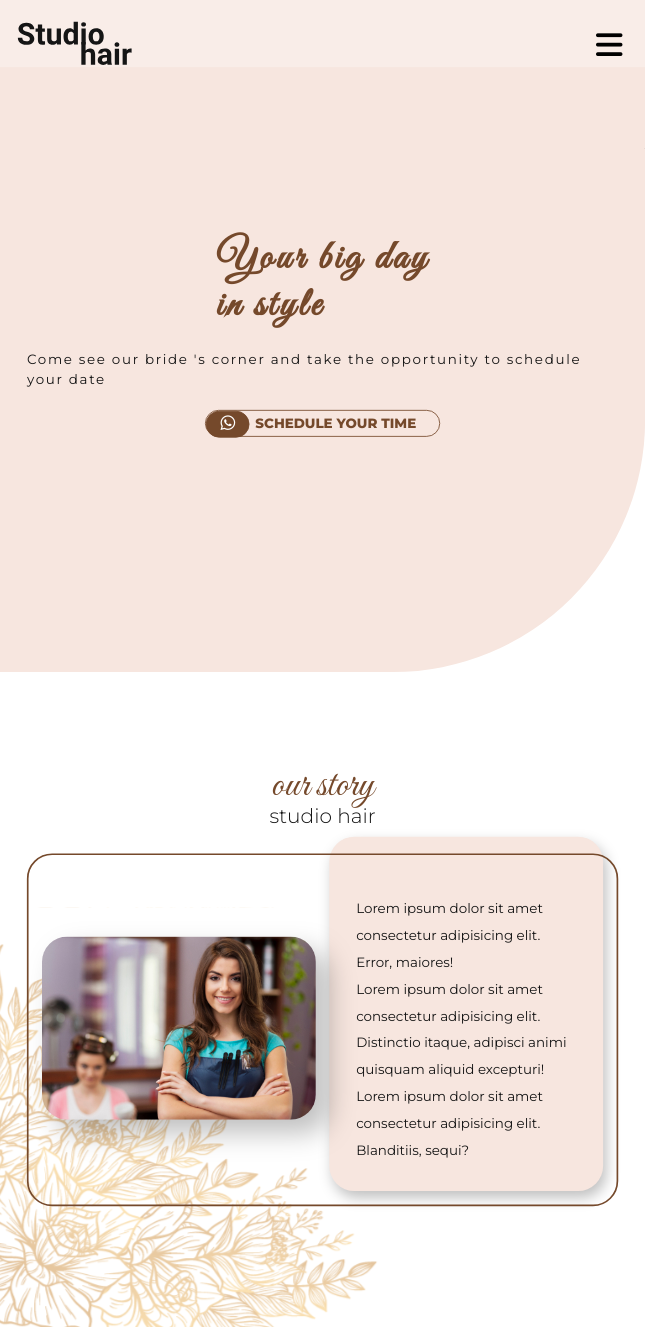
Repository: TuanHuflit2k1/clone-web01
Page: index.html
An editor plug-in stored every save of this project. The page is shown before and after a run of saves, followed by the edit.
The browser window is 768 px wide. The pictures show the whole page, at 84% of full size.
Some web libraries are served in a nearby version.

Above is the page before, as saved 2022-04-28 11:23:41.

### index.html
<!DOCTYPE html>
<html lang="en">
  <head>
    <meta charset="UTF-8" />
    <meta http-equiv="X-UA-Compatible" content="IE=edge" />
    <meta name="viewport" content="width=device-width, initial-scale=1.0" />
    <title>Beauty Salon</title>
    <!-- css file -->
    <link rel="stylesheet" href="./style.css" />
    <!-- font awesomw CDN -->
    <link
      rel="stylesheet"
      href="https://cdnjs.cloudflare.com/ajax/libs/font-awesome/6.1.1/css/all.min.css"
      integrity="sha512-KfkfwYDsLkIlwQp6LFnl8zNdLGxu9YAA1QvwINks4PhcElQSvqcyVLLD9aMhXd13uQjoXtEKNosOWaZqXgel0g=="
      crossorigin="anonymous"
      referrerpolicy="no-referrer"
    />
  </head>
  <body>
    <!-- header -->
    <header class="header" id="header">
      <div class="navbar">
        <div class="logo">
          <img src="./img/logo.svg" alt="Logo" />
        </div>
        <nav class="nav-menu" id="nav-menu">
          <ul class="nav-list">
            <li><a href="#" class="nav-link active">home</a></li>
            <li><a href="#about" class="nav-link">about</a></li>
            <li><a href="#services" class="nav-link">services</a></li>
            <li><a href="#package" class="nav-link">package</a></li>
            <li><a href="#gallery" class="nav-link">gallery</a></li>
            <li><a href="#contact" class="nav-link">contact</a></li>
          </ul>
        </nav>
        <div class="nav-toggle" id="nav-toggle">
          <i class="fas fa-bars"></i>
        </div>
      </div>
    </header>
    <!-- end header -->
    <!-- start home section -->
    <section class="home">
      <div class="container">
        <div class="home-img">
          <img src="./img/home-img.png" />
        </div>
        <div class="home-content">
          <h1>Your big day<br /><span>in style</span></h1>
          <p>
            Come see our bride 's corner and take the opportunity to schedule
            your date
          </p>
          <a href="#" class="btn btn-outline">
            <i class="fab fa-whatsapp"></i>
            Schedule your time
          </a>
        </div>
      </div>
    </section>
    <!-- end section home -->
    <!-- start section about -->
    <section class="about" id="about">
      <div class="container">
        <div class="section-title">
          <h1>our story</h1>
          <span>studio hair</span>
        </div>
        <div class="about-detail">
          <div class="about-detal-content">
            <div class="about-img">
              <img src="./img/about-img.jpg" />
            </div>
            <div class="about-description">
              <p>
                Lorem ipsum dolor sit amet consectetur adipisicing elit. Error,
                maiores!
              </p>
              <p>
                Lorem ipsum dolor sit amet consectetur adipisicing elit.
                Distinctio itaque, adipisci animi quisquam aliquid excepturi!
              </p>
              <p>
                Lorem ipsum dolor sit amet consectetur adipisicing elit.
                Blanditiis, sequi?
              </p>
            </div>
          </div>
        </div>
      </div>
    </section>
    <!-- link js -->
    <script src="./main.js"></script>
  </body>
</html>

### style.css
/* font */
@import url("https://fonts.googleapis.com/css2?family=Great+Vibes&family=Montserrat:wght@300;400;600;800&display=swap");
:root {
  --header-height: 5rem;
  --main-color: #f7e6df;
  --first-color: #75492b;
  --secon-color: #dfd6a7;
  --white-color: #fff;
  --black-color: #151515;

  --font-cursive: "Great Vibes", cursive;
  --font-body: "Montserrat", sans-serif;

  --big-font-size: 3rem;
  --h1-font-size: 2.25rem;
  --h2-font-size: 1.5rem;
  --h3-font-size: 1.25rem;
  --normal-font-size: 1rem;
  --small-font-size: 0.813rem;
}
* {
  box-sizing: border-box;
  margin: 0;
  padding: 0;
  text-decoration: none;
  list-style: none;
  outline: none;
  border: none;
}
html {
  scroll-behavior: smooth;
}
body {
  background-color: var(--white-color);
  font-size: var(--normal-font-size);
  font-family: var(--font-body);
  overflow-x: hidden;
}
/* button */
.btn {
  width: 240px;
  display: flex;
  align-items: center;
  justify-content: center;
  text-align: center;
  background-color: var(--first-color);
  color: var(--white-color);
  border: 1px solid var(--first-color);
  border-radius: 50px;
  font-size: var(--normal-font-size);
  font-weight: bold;
  text-transform: uppercase;
  line-height: 1rem;
  padding: 10px 20px;
  cursor: pointer;
  transition: all 0.4s ease;
}
.btn:hover {
  background-color: transparent;
  color: var(--first-color);
}
.btn-outline {
  width: 280px;
  background-color: transparent;
  color: var(--first-color);
  padding: 5px 10px 5px 0;
  transition: all 0.4s ease;
  position: relative;
}
.btn-outline::before {
  content: "";
  position: absolute;
  top: 0;
  left: 0;
  width: 18%;
  height: 100%;
  background-color: var(--first-color);
  border: 1px solid var(--first-color);
  border-radius: 50px;
  transition: all 0.4s ease-in-out;
}
.btn-outline i {
  margin-right: 1.5rem;
  font-size: var(--h3-font-size);
  color: var(--white-color);
  z-index: 10;
}
.btn-outline:hover::before {
  width: 100%;
  z-index: -1;
}
.btn-outline:hover {
  color: var(--white-color);
  z-index: 10;
}
/* end button */
.header {
  position: fixed;
  top: 0;
  left: 0;
  right: 0;
  height: var(--header-height);
  background-color: rgba(255, 255, 255, 0.3);
  z-index: 10000;
  transition: all 0.4s ease;
}
.scroll-header {
  background-color: var(--white-color);
  box-shadow: 0 4px 6px rgba(0, 0, 0, 0.1);
}
.navbar {
  width: 100%;
  max-width: 1200px;
  margin: 0 auto;
  display: flex;
  justify-content: space-between;
  align-items: center;
  padding: 20px;
}
.nav-menu .nav-list {
  display: flex;
}
.nav-menu li {
  margin-right: 2rem;
}
.nav-link {
  font-size: var(--normal-font-size);
  color: var(--black-color);
  font-weight: bold;
  text-transform: capitalize;
  position: relative;
  transition: all 0.4s ease;
}
.nav-link::before {
  content: "";
  position: absolute;
  width: 0;
  left: 0;
  bottom: 0;
  height: 2px;
  background-color: var(--first-color);
  transition: all 0.4s ease-in-out;
}
.nav-link:hover::before {
  width: 100%;
}
.nav-link:hover,
.nav-link.active {
  color: var(--first-color);
}
.nav-toggle {
  font-size: var(--h1-font-size);
  padding: 5px 5px 0;
  border: 2px solid transparent;
  cursor: pointer;
  z-index: 100;
  display: none;
}
.nav-toggle:hover {
  color: var(--first-color);
  border: 2px solid var(--first-color);
}
/* Start Home Section */
.home {
  width: 100%;
  height: 100vh;
  background-color: var(--main-color);
  border-radius: 0 0 300px 0;
}
.home .container {
  max-width: 1200px;
  margin: 0 auto;
  display: flex;
  flex-wrap: wrap;
}
.home .home-img img {
  max-width: 100%;
  height: 100%;
}
.home .home-content {
  width: 40%;
  height: 100vh;
  display: flex;
  flex-direction: column;
  align-items: flex-start;
  justify-content: center;
}
.home-content h1 {
  font-family: var(--font-cursive);
  font-size: 4rem;
  line-height: 3.5rem;
  letter-spacing: 4px;
  color: var(--first-color);
  margin-bottom: 1.5rem;
}
.home-content p {
  font-weight: 400;
  line-height: 1.5rem;
  letter-spacing: 2px;
  color: var(--black-color);
  margin-bottom: 1.5rem;
}

/* End Home Section */
/* start about section */
.about {
  width: 100%;
  padding: 7rem 0;
  background-image: url(./img/arabesque-left-bottom.svg);
  background-repeat: no-repeat;
  background-position: bottom left;
  z-index: -1;
}
.about .container {
  max-width: 1200px;
  margin: 0 auto;
  display: flex;
  flex-wrap: wrap;
}
.section-title {
  text-align: center;
  margin: 0 auto;
}
.section-title h1 {
  font-family: var(--font-cursive);
  font-size: var(--big-font-size);
  font-weight: 400;
  line-height: 3rem;
  color: var(--first-color);
}
.section-title span {
  font-weight: 300;
  font-size: var(--h2-font-size);
  line-height: 1.5rem;
  color: var(--black-color);
}
.about-detail {
  width: 100%;
  padding: 2rem;
}
.about-detal-content {
  display: grid;
  grid-template-columns: repeat(2, 1fr);
  gap: 1rem;
  align-items: center;
  border: 2px solid var(--first-color);
  border-radius: 30px;
  padding: 1rem;
}
.about-img img {
  width: 100%;
  border-radius: 30px;
  filter: drop-shadow(16px 16px 16px rgba(0, 0, 0, 0.25));
}
.about-description {
  position: relative;
  padding: 2rem;
}
.about-description::before {
  content: "";
  position: absolute;
  width: 100%;
  height: 110%;
  top: -10%;
  left: 0;
  background-color: var(--main-color);
  border-radius: 30px;
  box-shadow: 4px 8px 16px rgba(0, 0, 0, 0.25);
  z-index: -1;
}
.about-description p {
  font-weight: 400;
  line-height: 2rem;
  color: var(--black-color);
}
@media (max-width: 920px) {
  .nav-menu {
    position: absolute;
    top: 0;
    right: 0;
    width: 0;
    height: 100vh;
    background-color: var(--main-color);
    font-size: var(--h2-font-size);
    text-align: center;
    text-transform: capitalize;
    padding-top: var(--header-height);
    box-shadow: 0 0 5px rgba(0, 0, 0, 0.4);
    transition: all 0.4s ease-in-out;
  }
  .show-nav {
    width: 60%;
  }
  .nav-menu .nav-list {
    display: block;
  }
  .nav-menu li {
    padding: 15px 0;
  }
  .nav-link {
    font-size: var(--h3-font-size);
  }
  .nav-toggle {
    display: block;
  }
  .home .home-img img {
    display: none;
  }
  .home .home-content {
    width: 100%;
    height: 100vh;
    display: flex;
    justify-content: center;
    align-items: center;
  }
  .home-content h1 {
    font-size: var(--big-font-size);
  }
  .home-content p {
    padding: 0 2rem;
  }
  .about-detal-content {

  }
}

### main.js
//Show Navbar
const nav = document.querySelector(".nav-menu");
const toggle = document.querySelector(".nav-toggle");
toggle.onclick = () => {
  nav.classList.toggle("show-nav");
};
//Remove bar
const navLink = document.querySelectorAll(".nav-link");
function linkAction() {
  nav.classList.remove("show-nav");
}
navLink.forEach((n) => n.addEventListener("click", linkAction));
//change active color
function colorLink() {
  if (navLink) {
    navLink.forEach((n) => n.classList.remove("active"));
    this.classList.add("active");
  }
}
navLink.forEach((l) => l.addEventListener("click", colorLink));

After the next 2 saves:
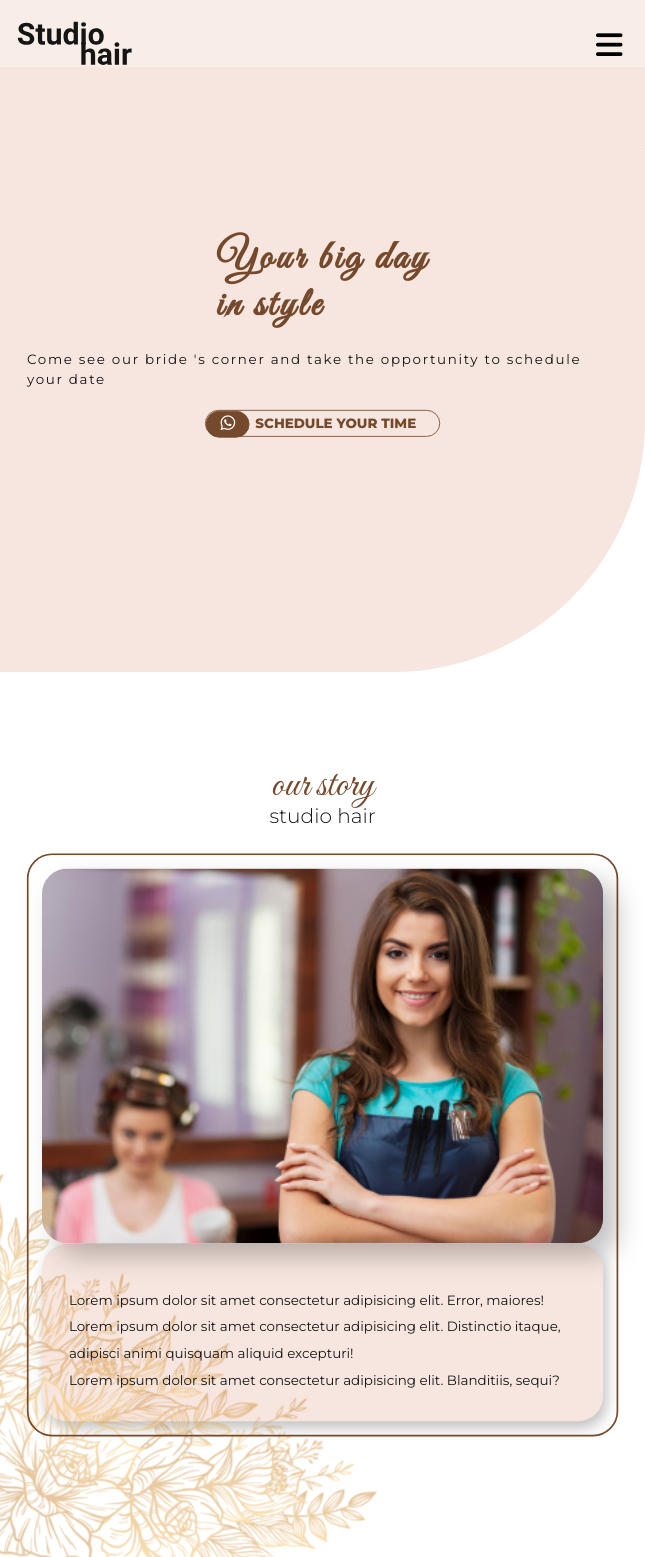
The 2 saves are shown as one change because they came seconds apart.
The last was saved 15 s later.
--- a/style.css
+++ b/style.css
@@ -320,6 +320,6 @@ body {
     padding: 0 2rem;
   }
   .about-detal-content {
-
-  }
-}
+    grid-template-columns: unset;
+  }
+}
